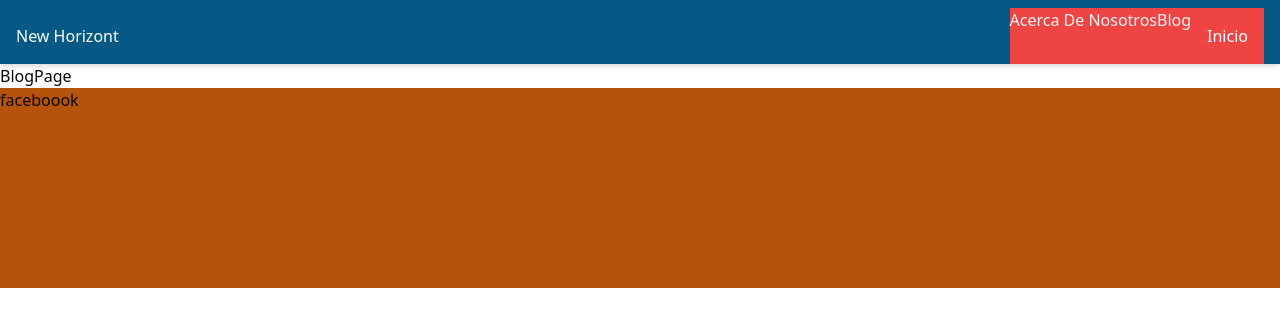
Repository: jefrydep/new-horizont-school
Page: /blog
These files come from the project's save history. The page is drawn as it stood at one moment and after the next save; the edit follows.
The browser window is 1280 px wide. The pictures show the whole page.
The project was rebuilt for these pictures with package versions that can differ from the ones it lists, and the page was loaded fresh each time. The framework's server and built-in components were replaced by stand-ins that run in the browser. Also part of the build but not shown: next.config.ts.

Above is the page before, as saved 2024-11-07 19:56:46.

After the next save:
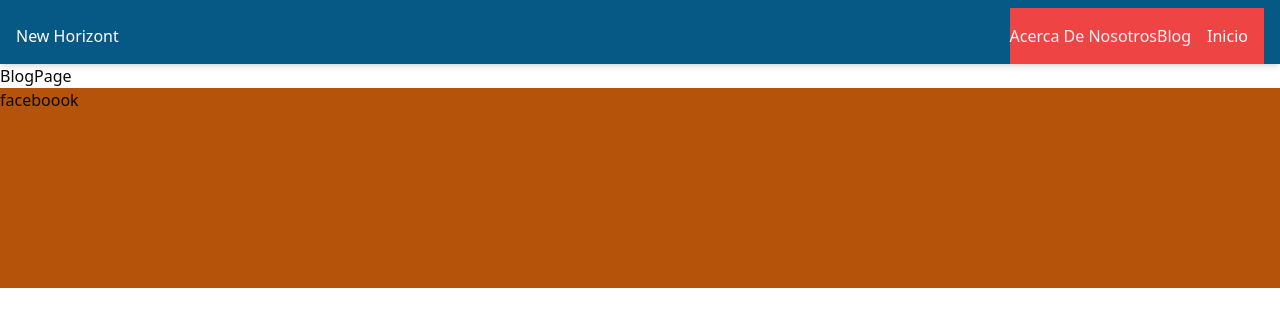
Saved 12 s later.
--- a/src/components/Navbar.tsx
+++ b/src/components/Navbar.tsx
@@ -10,7 +10,7 @@ export default function Navbar() {
     <header className="bg-sky-800 shadow-md h-16">
       <div className="flex justify-between items-center  m-auto container px-4 py-2">
         <div className="text-white">New Horizont</div>
-        <nav className="outline-none hidden bg-red-500  sm:flex list-none">
+        <nav className="outline-none hidden bg-red-500  sm:flex items-center list-none">
           <li className="text-secondary">
             <Link href={"/about"}>Acerca De Nosotros</Link>
           </li>
